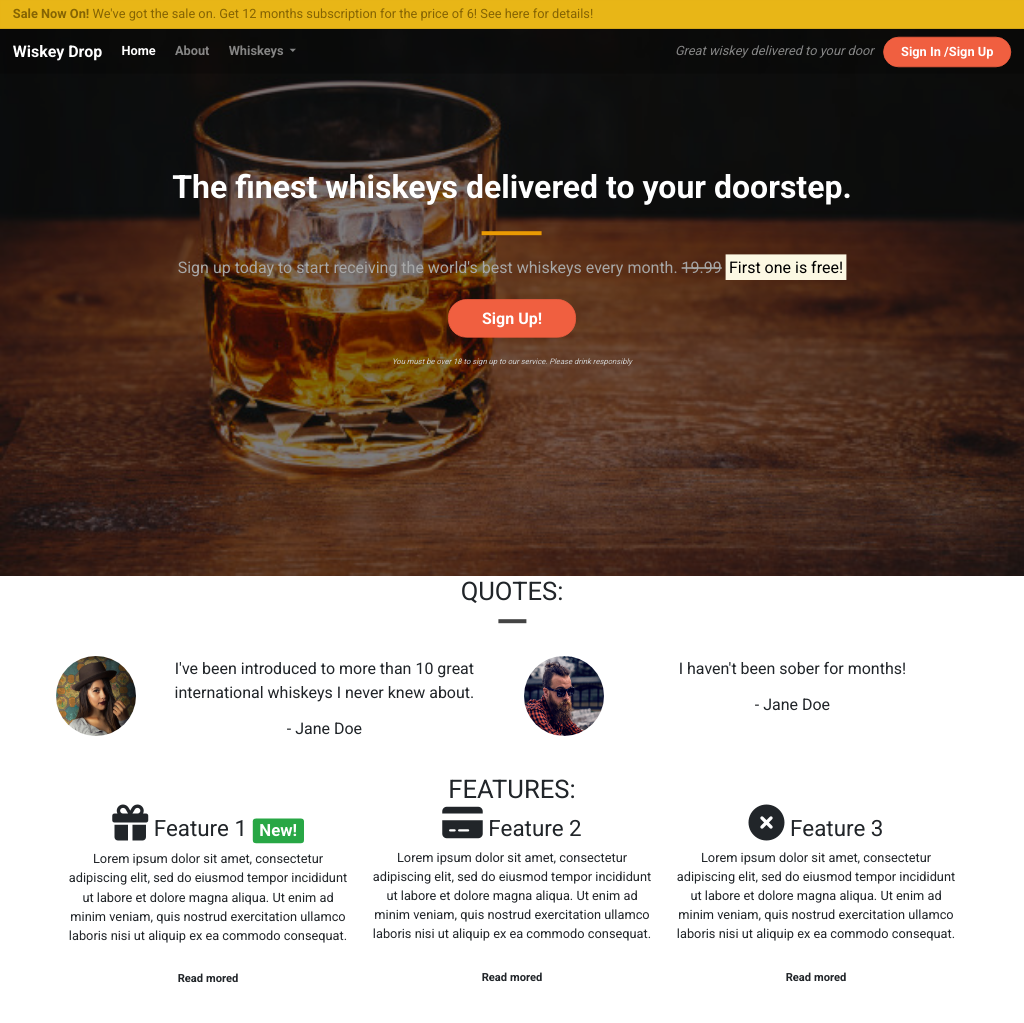
Repository: manub7/bootstrap4-mobile-first
Page: index.html
The author's editor kept a record of every edit. The page is drawn from the files as they stood at one moment, then again after the next edit.
The browser window is 1280 px wide. The pictures show the whole page, at 80% of full size.
Backgrounds fixed to the window are drawn as part of the page. Some web libraries are served in a nearby version.

Above is the page before.

### index.html
<!DOCTYPE html>
<html lang="en-us">

<head>
    <meta charset="utf-8">
    <meta name="viewport" content="width=device-width, initial-scale=1.0">
    <title>Whiskey Drop | Taste a new whiskey every month</title>
    <link rel="stylesheet" href="https://maxcdn.bootstrapcdn.com/bootstrap/4.1.3/css/bootstrap.min.css">
    <link rel="stylesheet" href="https://stackpath.bootstrapcdn.com/bootstrap/4.4.1/css/bootstrap.min.css" integrity="sha384-Vkoo8x4CGsO3+Hhxv8T/Q5PaXtkKtu6ug5TOeNV6gBiFeWPGFN9MuhOf23Q9Ifjh" crossorigin="anonymous">
    <script src="https://kit.fontawesome.com/0c0aa31012.js" crossorigin="anonymous"></script>
    <link href="https://fonts.googleapis.com/css?family=Roboto:400,700&display=swap" rel="stylesheet">
    <link rel="stylesheet" href="css/style.css" type="text/css" />
</head>

<body>
    <div class="container-fluid navalert-container">

        <div class="container-fluid alert-container">
            <div class=" row d-none d-sm-block">
                <div class="col-12">
                    <div class="site-wide-alert alert alert-warning">
                        <strong>Sale Now On!</strong> We've got the sale on. Get 12 months subscription for the price of 6!
                        <a ref="">See here for details!</a>
                    </div>
                </div>
            </div>
        </div>
            <nav class="navbar navbar-dark  navbar-expand-sm ">

                <a href="/" class="navbar-brand">Wiskey Drop</a>
                <button class="navbar-toggler ml-auto" type="button" data-toggle="collapse" data-target="#navbarNavDropdown" aria-controls="navbarNavDropdown" aria-expanded="false" aria-label="Toggle navigation">
        <span class="navbar-toggler-icon"></span></button>

                <div class="collapse navbar-collapse" id="navbarNavDropdown">
                    <ul class="navbar-nav mr-auto">
                        <li class="active nav-item mr-2"><a class="nav-link" href="/">Home</a></li>
                        <li class="nav-item mr-2"><a class="nav-link" href="/about">About</a></li>
                        <li class="nav-item dropdown">
                            <a class="nav-link dropdown-toggle" href="#" id="navbarDropdownMenuLink" role="button" data-toggle="dropdown" aria-haspopup="true" aria-expanded="false">
            Whiskeys
        </a>
                            <div class="dropdown-menu" aria-labelledby="navbarDropdownMenuLink">
                                <a class="dropdown-item" href="#">Irish</a>
                                <a class="dropdown-item" href="#">Scotch</a>
                                <a class="dropdown-item" href="#">Japanese</a>
                                <a class="dropdown-item" href="#">American</a>
                            </div>
                        </li>

                        <li class="nav-item mr-2 d-block d-sm-none"><a class="nav-link" href="">Sign In / Sign Up</a></li>
                    </ul>
                </div>

                <div class="d-none d-md-block">
                    <p class="navbar-text my-auto mr-2"><i>Great wiskey delivered to your door</i></p>
                    <a href="/login" class="btn btn--cta btn--red">Sign In /Sign Up</a>

                </div>

            </nav>
        </div>

        <!-- Callout -->
        <div class="container-fluid callout-container">
            <div class="opaque-overlay">&nbsp;</div>
            <div class="row">
                <div class="col-12">
                    <section class="callout jumbotron text-center">
                        <h1 class="jumbotron-header">The finest whiskeys delivered to your doorstep.</h1>
                        <hr class="block-divider block-divider--orange">
                        <p class="lead">Sign up today to start receiving the world's best whiskeys every month.
                            <s class="d-none d-sm-inline">19.99</s>
                            <span class="d-inline d-sm-none"><br></span>
                            <strong><mark> First one is free!</mark></strong></p>
                        <p><button class="btn btn-lg btn--cta btn--red" data-toggle="modal" data-target="#signUpModal">Sign Up!</button></p>
                        <p class="text-muted"><small> You must be over 18 to sign up to our service. Please drink responsibly </small></p>
                    </section>
                </div>
            </div>
        </div>
        <!-- /.callout -->
    </div>

    <!-- Quotes -->
    <div class="container container-quotes">
        <section class="quotes">
            <div class="row">
                <div class="col-12 page-header">
                    <h2 class="text-uppercase">Quotes:</h2>
                    <hr class=" block-divider block-divider--short "
                </div>
            </div>
            <div class="row">
                <div class="col-12 col-md-6 page-header">
                    <div class="media">
                        <div class="d-none d-sm-block">
                            <img src="images/girl-image.png" class="rounded-circle  mr-3" height=100 width=100>
                        </div>
                        <div class="media-body">
                            <blockquote class="blockquote">
                                <p>I've been introduced to more than 10 great international whiskeys I never knew about.</p>
                                <p>- Jane Doe</p>
                            </blockquote>
                        </div>
                    </div>
                </div>

                <div class="col-12 col-md-6 page-header">
                    <div class="media">
                        <div class="d-none d-sm-block">
                            <img src="images/guy-image.png" class="rounded-circle mr-3" height=100 width=100>
                        </div>
                        <div class="media-body">
                            <blockquote class="blockquote">
                                <p>I haven't been sober for months!</p>
                                <p>- Jane Doe</p>
                                </blockquotes>
                        </div>
                    </div>
                </div>
            </div>
    </div>
    </section>
    <!-- /.quotes -->


    <!-- Features -->
    <div class="features-container">
        <section class="features">
            <div class="row">
                <div class="col-12 page-header">
                    <h2 class="text-uppercase">Features:</h2>
                </div>
            </div>

            <div class="row">
                <div class="col-12 col-md-6 col-lg-4 page-header">
                    <div class="feature">
                        <h3><i class="fas fa-gift d-none d-sm-inline"></i> Feature 1 <span class="badge badge-success">New!</span></h3>
                        <p>Lorem ipsum dolor sit amet, consectetur adipiscing elit, sed do eiusmod tempor incididunt ut labore et dolore magna aliqua. Ut enim ad minim veniam, quis nostrud exercitation ullamco laboris nisi ut aliquip ex ea commodo consequat.</p>
                        <p><a class="btn btn-sm btn-light">Read mored</a></p>
                    </div>
                </div>


                <div class="col-12 col-md-6 col-lg-4 page-header">
                    <div class="feature">
                        <h3><i class="fas fa-credit-card d-none d-sm-inline"></i> Feature 2</h3>
                        <p>Lorem ipsum dolor sit amet, consectetur adipiscing elit, sed do eiusmod tempor incididunt ut labore et dolore magna aliqua. Ut enim ad minim veniam, quis nostrud exercitation ullamco laboris nisi ut aliquip ex ea commodo consequat.</p>
                        <p><a class="btn btn-sm btn-light">Read mored</a></p>
                    </div>
                </div>


                <div class="col-12 d-md-none d-lg-block col-lg-4 page-header">
                    <div class="feature">
                        <h3><i class="fas fa-times-circle d-none d-sm-inline"></i> Feature 3</h3>
                        <p>Lorem ipsum dolor sit amet, consectetur adipiscing elit, sed do eiusmod tempor incididunt ut labore et dolore magna aliqua. Ut enim ad minim veniam, quis nostrud exercitation ullamco laboris nisi ut aliquip ex ea commodo consequat.</p>
                        <p><a class="btn btn-sm btn-light">Read mored</a></p>
                    </div>
                </div>
            </div>
    </div>
    </section>
    <!-- /.features -->
    </div>

    <!-- /Modla dialog -->

    <div class="modal" tabindex="-1" role="dialog" id="signUpModal">
        <div class="modal-dialog" role="document">
            <div class="modal-content">
                <div class="modal-header">
                    <h5 class="modal-title">Sign Up To Whiskey Drop!</h5>
                    <button type="button" class="close" data-dismiss="modal" aria-label="Close">
          <span aria-hidden="true">&times;</span>
        </button>
                </div>
                <div class="modal-body">
                    <form>
                        <div class="form-group">
                            <label for="exampleInputEmail1">Email address</label>
                            <input type="email" class="form-control" id="exampleInputEmail1" aria-describedby="emailHelp" placeholder="Enter email">
                            <small id="emailHelp" class="form-text text-muted">We'll never share your email with anyone else.</small>
                        </div>
                        <div class="form-group">
                            <label for="password">Password</label>
                            <input type="password" class="form-control" id="password" placeholder="Password">
                        </div>
                        <div class="form-group">
                            <label for="repeatPassword">Repeat Password</label>
                            <input type="password" class="form-control" id="repeatPassword" placeholder="Repeat Password">
                        </div>
                        <button type="submit" class="btn btn-success">Submit</button>
                    </form>
                </div>
            </div>
        </div>
    </div>


    <script src="https://code.jquery.com/jquery-3.4.1.slim.min.js" integrity="sha384-J6qa4849blE2+poT4WnyKhv5vZF5SrPo0iEjwBvKU7imGFAV0wwj1yYfoRSJoZ+n" crossorigin="anonymous"></script>
    <script src="https://cdn.jsdelivr.net/npm/popper.js@1.16.0/dist/umd/popper.min.js" integrity="sha384-Q6E9RHvbIyZFJoft+2mJbHaEWldlvI9IOYy5n3zV9zzTtmI3UksdQRVvoxMfooAo" crossorigin="anonymous"></script>
    <script src="https://stackpath.bootstrapcdn.com/bootstrap/4.4.1/js/bootstrap.min.js" integrity="sha384-wfSDF2E50Y2D1uUdj0O3uMBJnjuUD4Ih7YwaYd1iqfktj0Uod8GCExl3Og8ifwB6" crossorigin="anonymous"></script>
</body>

</html>

### css/style.css
body {
    font-family: 'Roboto', sans-serif;
}

.container-wrapper {

}
.container-wrapper--red{
    background-color:#f05f40;
    color: white;
}

.alert-container .col-12 {
    padding-left: 0;
    padding-right:0;
}

.site-wide-alert {
    border-radius:0;
    margin-bottom:0;
    padding:5px 15px;
    background-color: #e8b617;
    border-color: #e8b617;

}

.callout-container {
    height: 100vh;
    background: url(../images/wiskey-background.jpg) no-repeat bottom right fixed;
    -webkit-background-size: cover;
    -moz-background-size: cover;
    -o-background-size: cover;
    background-size: cover;

    display: flex;
    align-items:center;
    justify-content:center;
    position:relative;
}

.opaque-overlay {
    position: absolute;
    top: 0px;
    left: 0px;
    height: 100%;
    width:100%;
    background-color: rgba(0,0,0,0.5);
}

.quotes-container  {

}



.features-container {}

/* Page header*/

.page-header {
    margin-bottom: 0;
    border-bottom:0;
    text-align: center;
}
.page-header h2 {
    margin-bottom: 0;
}

.quotes .page-header {
    margin-bottom: 25px;
}

/*Block dividers */

.block-divider {
    width: 75px;
    height: 5px;
    border: 0;
    background-color: #444;

}

.block-divider--orange {
     background-color: #ea9a03;
}

.block-divider--white {
    background-color: white;
}

.block-divider--short {
    width: 35px;
}
/* Content container */

.content-container {
    padding-bottom: 75px;
    padding-top: 75px;
}

/* Navbar */

.navalert-container {
    position:absolute;
    top:0;
    left:0;
    padding-left: 0;
    padding-right: 0;
    z-index:1;
}

.navbar {
    margin-bottom: 0;
    border:0;
    width: 100%;
    background-color: rgba(0,0,0,0.25);
}

.navbar .navbar-toggler {
    border:0;
}

.navbar-brand {

    font-weight: bold;
}

.navbar .navbar-nav {
    font-weight: bold;
}

/*Jumbotron*/

.jumbotron {
    background-color: transparent;
}

.jumbotron h1 {

    color: white;
    font-weight: bold;
    margin-bottom: 30px;
    color: white;
}

.jumbotron .lead {
    margin-top: 0;
    margin-bottom: 1rem;
    color: #a7a7a7;
    margin: 25px 0;
}

.jumbotron small {
    font-size: 60%;
    font-style: italic;
    color: #d0d0d0;
}

/* Buttons */

.btn--cta {
    font-weight: bold;
    border-radius: 23px;
    width:160px;
}

.btn--red {
    color: white;
    background-color: #f05f40;
    border-color: #f05f40;

}

.btn--red:hover,
.btn--red:active,
.btn--red:focus,
.btn--red:active:focus {
    background-color: #df4929;
    border-color: #df4929;

}
.feature {
    text-align: center;
    margin-bottom: 40px;
}

.feature i{
    margin-bottom: 20px;
    font-size: 45px;
    font-height:45px;
}

.feature .btn {
    background-color: white;
    border-color: white;
    border-radius: 15px;
    min-width:100px;
    font-weight: bold;
    margin-top:10px;
    color:#f05f40;
}

After the next edit:
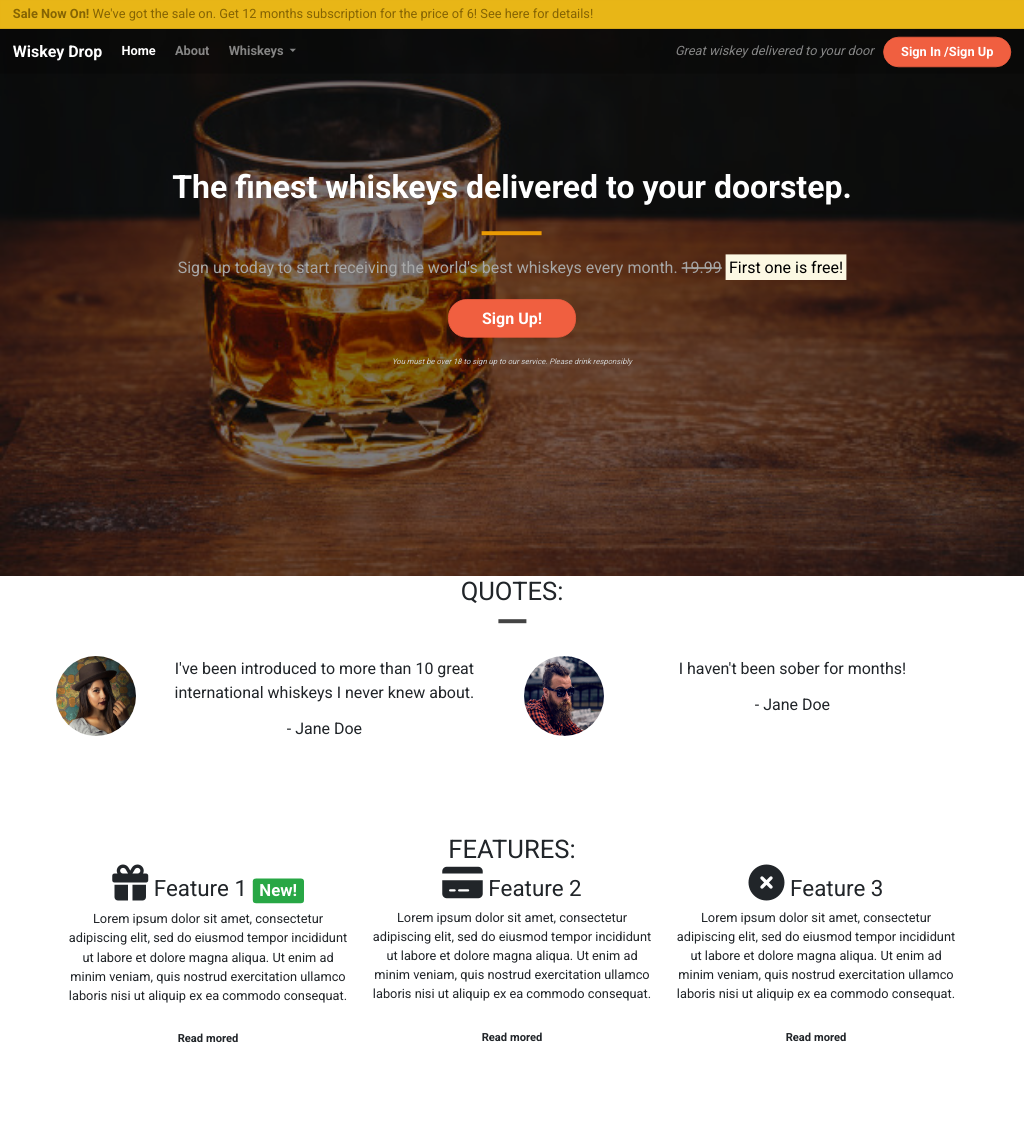
The edit:
--- a/index.html
+++ b/index.html
@@ -125,7 +125,7 @@
 
 
     <!-- Features -->
-    <div class="features-container">
+    <div class="features-container content-container">
         <section class="features">
             <div class="row">
                 <div class="col-12 page-header">
